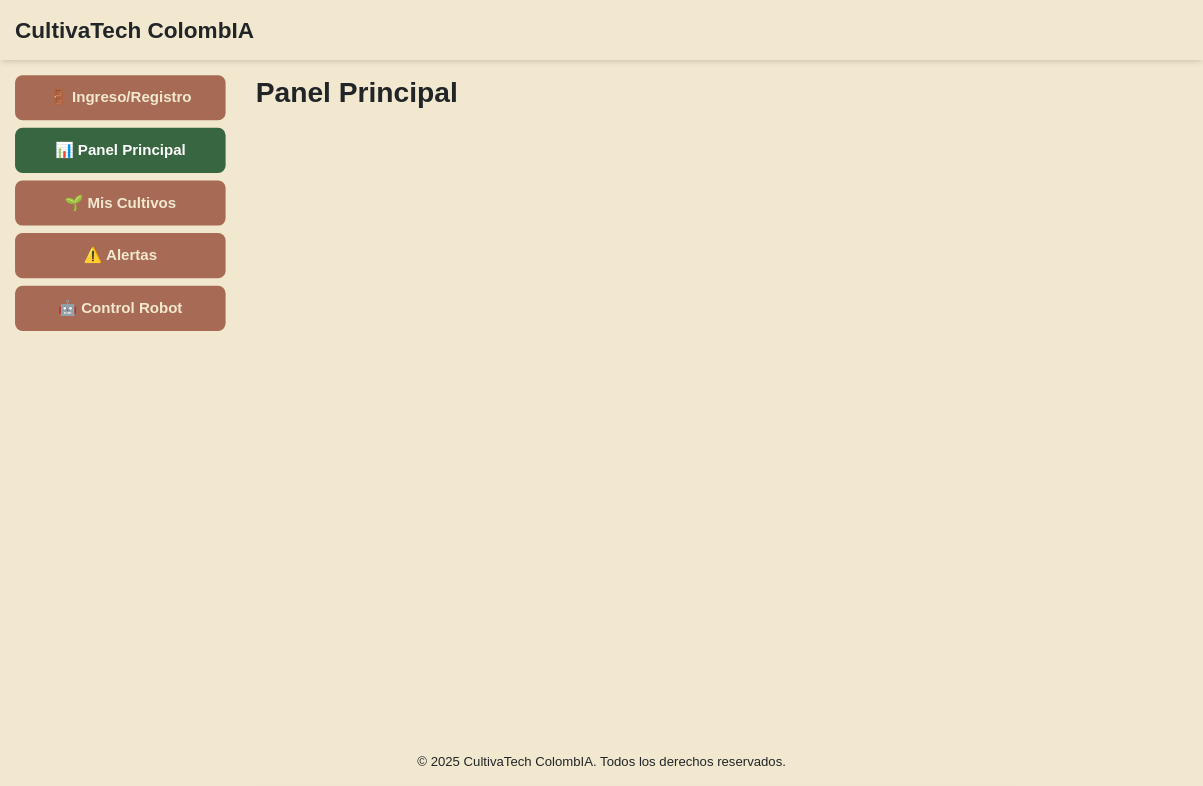
Repository: LukasMoyano/Presentacion-CultivaTechColombIA-ReactPlussNodeJS
Page: / (app in ToPresent/cultivatech-colombia/Frontend/), after clicking the first element matching `nav.cultiva-earth-main > :nth-child(2)`
The author's editor kept a copy of each file at every save. The page is drawn from the files as they stood at one save, then again after the next save.
The browser window is 1280 px wide. The pictures show the whole page, at 94% of full size.
The project was rebuilt for these pictures with package versions that can differ from the ones it lists, and the page was loaded fresh each time. Also part of the build but not shown: ToPresent/cultivatech-colombia/Frontend/vite.config.js.

Above is the page before, as saved 2025-05-22 05:53:09.

After the next save:
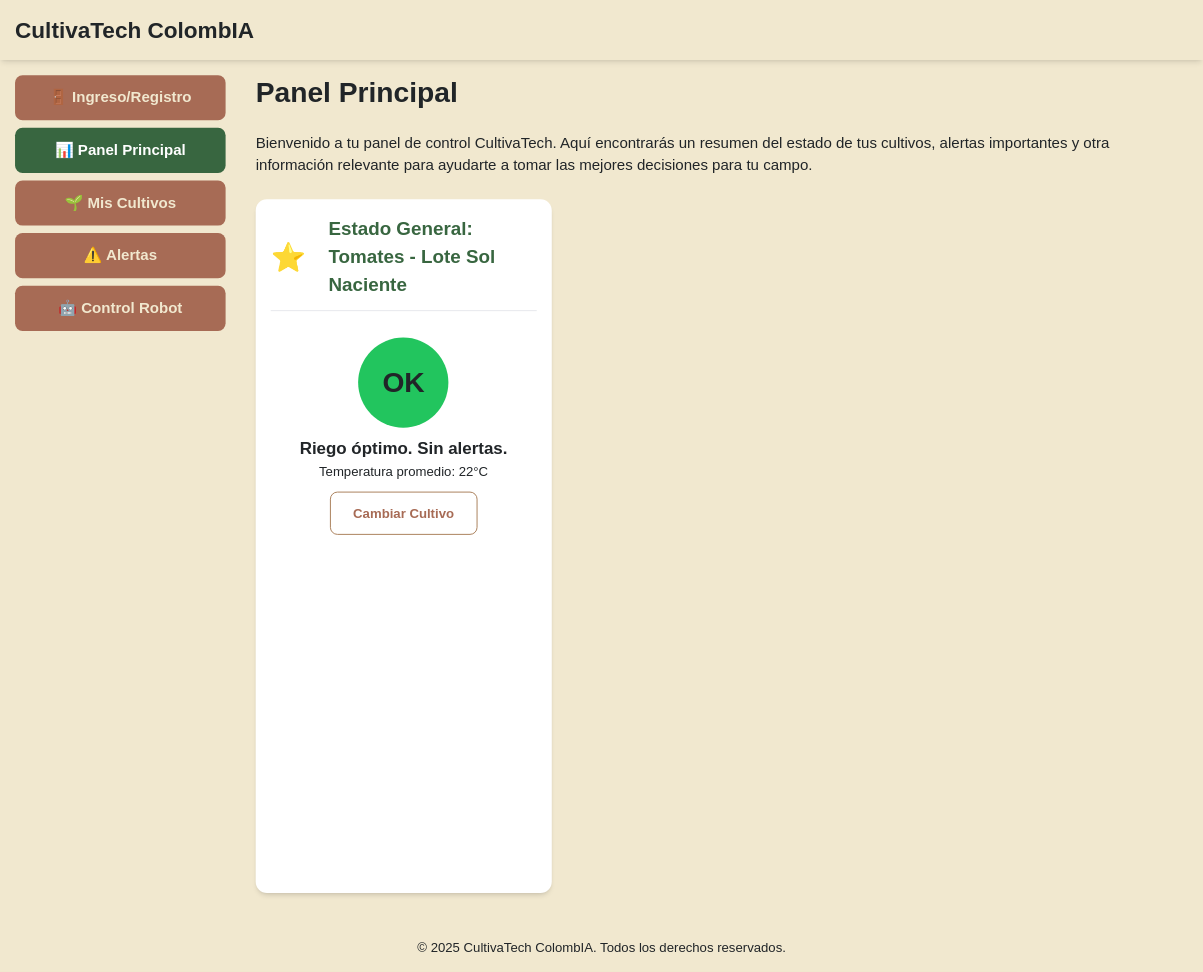
Saved 108 s later.
--- a/ToPresent/cultivatech-colombia/Frontend/src/components/Dashboard.jsx
+++ b/ToPresent/cultivatech-colombia/Frontend/src/components/Dashboard.jsx
@@ -1,10 +1,33 @@
 import React from "react";
+
 export default function Dashboard() {
   return (
     <div className="container mx-auto p-4">
-      {/* Copia aquí la estructura HTML del dashboard, usando className */}
       <h2 className="text-3xl font-bold cultiva-text-main mb-6">Panel Principal</h2>
-      {/* ...resto del contenido */}
+      <p className="mb-6 cultiva-text-secondary">
+        Bienvenido a tu panel de control CultivaTech. Aquí encontrarás un resumen del estado de tus cultivos, alertas importantes y otra información relevante para ayudarte a tomar las mejores decisiones para tu campo.
+      </p>
+      {/* Aquí puedes migrar el resto del HTML de tu dashboard, recuerda class -> className */}
+      <div className="grid grid-cols-1 md:grid-cols-2 lg:grid-cols-3 gap-6">
+        {/* ...cards aquí */}
+        <div className="card md:col-span-2 lg:col-span-1">
+          <div className="card-header flex items-center">
+            <span className="icon-placeholder">⭐</span> Estado General: Tomates - Lote Sol Naciente
+          </div>
+          <div className="text-center py-4">
+            <div className="inline-flex items-center justify-center w-24 h-24 rounded-full bg-green-500 cultiva-text-white text-3xl font-bold mb-2">
+              OK
+            </div>
+            <p className="cultiva-text-main text-lg font-semibold">Riego óptimo. Sin alertas.</p>
+            <p className="cultiva-text-secondary text-sm">Temperatura promedio: 22°C</p>
+            <button className="mt-3 text-sm btn btn-outline">Cambiar Cultivo</button>
+          </div>
+          <div className="h-48 chart-container">
+            {/* Aquí puedes integrar tu gráfico */}
+          </div>
+        </div>
+        {/* ...el resto de las cards (puedes copiar y adaptar de tu HTML) */}
+      </div>
     </div>
   );
 }
